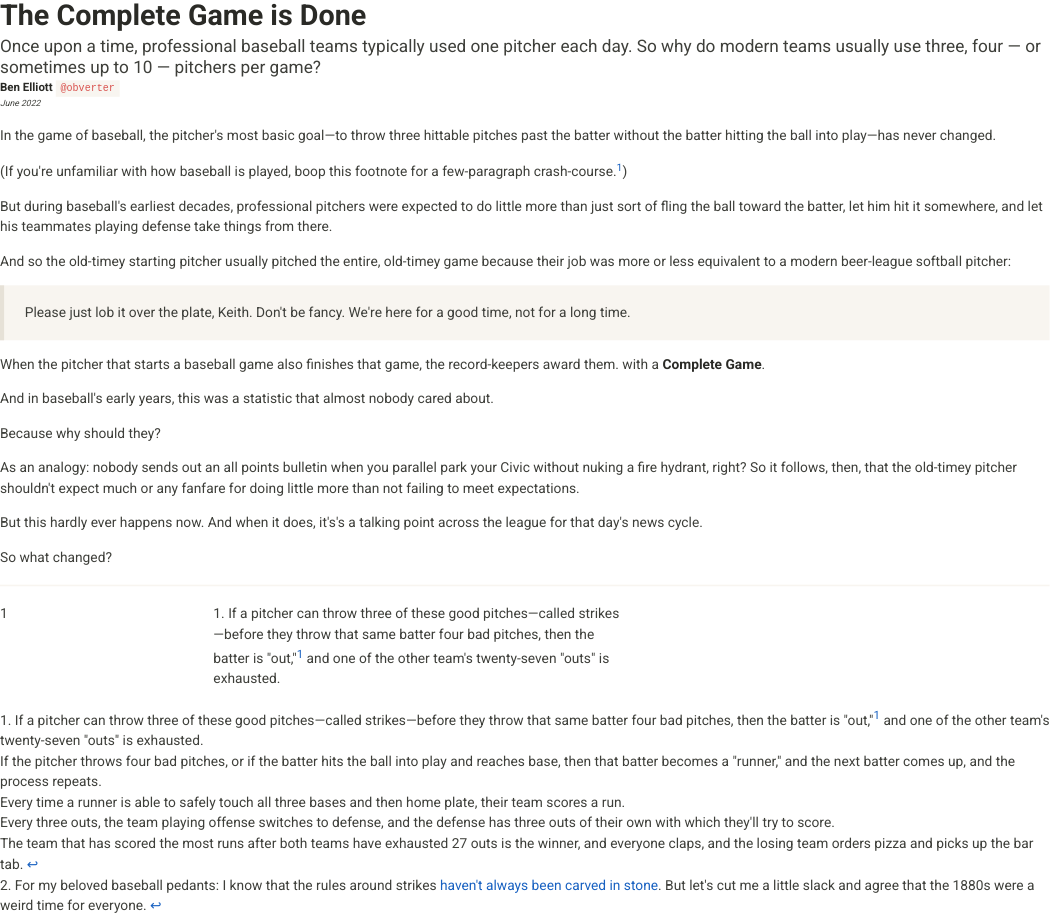
Repository: obverter/complete-games-are-done
Page: index.html
An editor plug-in stored every save of this project. The page is shown before and after the next save, followed by the edit.
The browser window is 1280 px wide. The page is 1291 px wide, so the pictures cover 1291 px, including what lies to the right of the window. The pictures show the whole page, at 82% of full size.

Above is the page before, as saved 2022-06-25 07:52:07.

### index.html
<!DOCTYPE html>
<html>
    <head>
        <meta charset="utf-8" />
        <meta name="viewport" content="width=device-width, initial-scale=1" />
        <title>Complete Games Are Done</title>
        <!-- todo: Title above is the text in the browser tab. -->
        <link rel="stylesheet" href="docs/bulmaswap.min.css" />
    </head>

    <body>
        <h1 class="title is-2">The Complete Game is Done</h1>
        <!-- todo: Title above is the Content title. -->
        <p class="subtitle is-4">
            Once upon a time, professional baseball teams typically used one
            pitcher each day. So why do modern teams usually use three, four —
            or sometimes up to 10 — pitchers per game?
            <!-- todo: Subtitle above is the Content subtitle. -->
        </p>

        <h6 class="title is-6">Ben Elliott <code>@obverter</code></h6>
        <h6 class="subtitle is-7"><em>June 2022</em></h6>
        <div class="content">
            <p>
                In the game of baseball, the pitcher's most basic goal—to throw
                three hittable pitches past the batter without the batter
                hitting the ball into play—has never changed.
            </p>
            <p>
                (If you're unfamiliar with how baseball is played, boop this
                footnote for a few-paragraph crash-course.<sup
                    ><a href="#fn1" id="ref1">1</a></sup
                >)
            </p>
            <p>
                But during baseball's earliest decades, professional pitchers
                were expected to do little more than just sort of fling the ball
                toward the batter, let him hit it somewhere, and let his
                teammates playing defense take things from there.
            </p>
            <p>
                And so the old-timey starting pitcher usually pitched the
                entire, old-timey game because their job was more or less
                equivalent to a modern beer-league softball pitcher:
            </p>
            <blockquote>
                Please just lob it over the plate, Keith. Don't be fancy. We're
                here for a good time, not for a long time.
            </blockquote>
            <p>
                When the pitcher that starts a baseball game also finishes that
                game, the record-keepers award them. with a
                <strong>Complete Game</strong>.
            </p>
            <p>
                And in baseball's early years, this was a statistic that almost
                nobody cared about.
            </p>
            <p>Because why should they?</p>
            <p>
                As an analogy: nobody sends out an all points bulletin when you
                parallel park your Civic without nuking a fire hydrant, right?
                So it follows, then, that the old-timey pitcher shouldn't expect
                much or any fanfare for doing little more than not failing to
                meet expectations.
            </p>
            <p>
                But this hardly ever happens now. And when it does, it's's a
                talking point across the league for that day's news cycle.
            </p>
            <p>So what changed?</p>
        </div>
        <hr />
        <!-- todo: FOOTNOTES -->
        <div class="columns">
            <div class="column is-one-fifth">1</div>
            <!-- todo: ↘ FOOTNOTES GO HERE ↙ -->
            <div class="column is-two-fifths">
                <p>
                    1. If a pitcher can throw three of these good pitches—called
                    strikes—before they throw that same batter four bad pitches,
                    then the batter is "out,"<sup
                        ><a href="#fn2" id="ref1">1</a></sup
                    >
                    and one of the other team's twenty-seven "outs" is
                    exhausted.
                </p>
            </div>
            <!-- <div class="column">3</div>
            <div class="column">4</div>
            <div class="column">5</div> -->
        </div>
        <sup id="fn1"></sup>
        <p>
            1. If a pitcher can throw three of these good pitches—called
            strikes—before they throw that same batter four bad pitches, then
            the batter is "out,"<sup><a href="#fn2" id="ref1">1</a></sup>
            and one of the other team's twenty-seven "outs" is exhausted.
        </p>
        <p>
            If the pitcher throws four bad pitches, or if the batter hits the
            ball into play and reaches base, then that batter becomes a
            "runner," and the next batter comes up, and the process repeats.
        </p>
        <p>
            Every time a runner is able to safely touch all three bases and then
            home plate, their team scores a run.
        </p>
        <p>
            Every three outs, the team playing offense switches to defense, and
            the defense has three outs of their own with which they'll try to
            score.
        </p>
        <p>
            The team that has scored the most runs after both teams have
            exhausted 27 outs is the winner, and everyone claps, and the losing
            team orders pizza and picks up the bar tab.
            <a href="#ref1" title="Jump back to footnote 1 in the text.">↩</a>
            <br />
            <sup id="fn2">
                <p>
                    2. For my beloved baseball pedants: I know that the rules
                    around strikes
                    <a
                        strong
                        href="https://www.baseball-almanac.com/articles/strike_zone_rules_history.shtml"
                        >haven't always been carved in stone</a
                    >. But let's cut me a little slack and agree that the 1880s
                    were a weird time for everyone.
                    <a href="#ref2" title="Jump back to footnote 2 in the text."
                        >↩</a
                    >
                </p></sup
            >
        </p>
    </body>
</html>

Loaded but not shown: docs/bulmaswap.min.css (library)

After the next save:
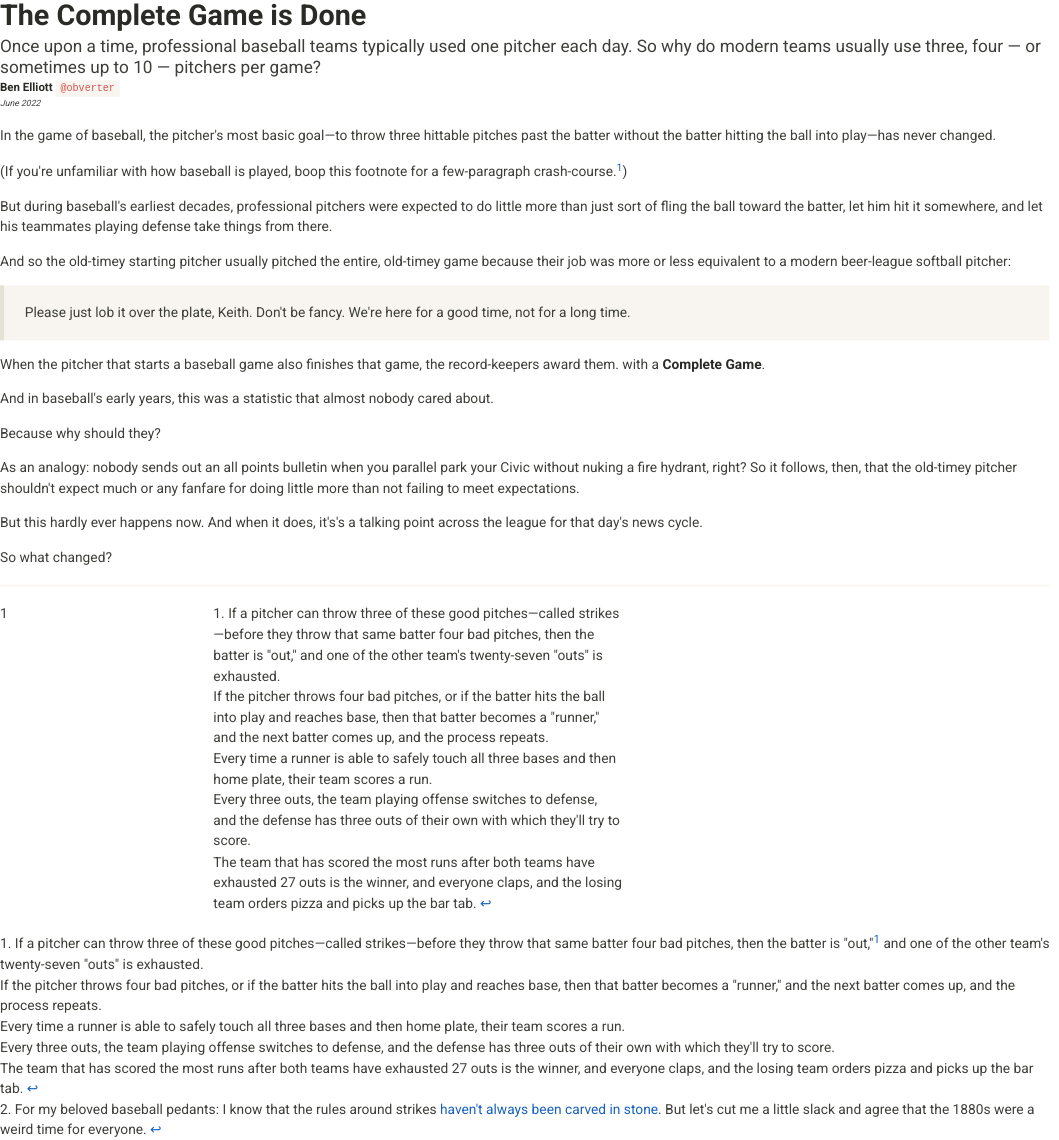
Saved 69 s later.
--- a/index.html
+++ b/index.html
@@ -79,13 +79,34 @@
                 <p>
                     1. If a pitcher can throw three of these good pitches—called
                     strikes—before they throw that same batter four bad pitches,
-                    then the batter is "out,"<sup
-                        ><a href="#fn2" id="ref1">1</a></sup
+                    then the batter is "out," and one of the other team's
+                    twenty-seven "outs" is exhausted.
+                </p>
+                <p>
+                    If the pitcher throws four bad pitches, or if the batter
+                    hits the ball into play and reaches base, then that batter
+                    becomes a "runner," and the next batter comes up, and the
+                    process repeats.
+                </p>
+                <p>
+                    Every time a runner is able to safely touch all three bases
+                    and then home plate, their team scores a run.
+                </p>
+                <p>
+                    Every three outs, the team playing offense switches to
+                    defense, and the defense has three outs of their own with
+                    which they'll try to score.
+                </p>
+                <p>
+                    The team that has scored the most runs after both teams have
+                    exhausted 27 outs is the winner, and everyone claps, and the
+                    losing team orders pizza and picks up the bar tab.
+                    <a href="#ref1" title="Jump back to footnote 1 in the text."
+                        >↩</a
                     >
-                    and one of the other team's twenty-seven "outs" is
-                    exhausted.
                 </p>
             </div>
+
             <!-- <div class="column">3</div>
             <div class="column">4</div>
             <div class="column">5</div> -->
